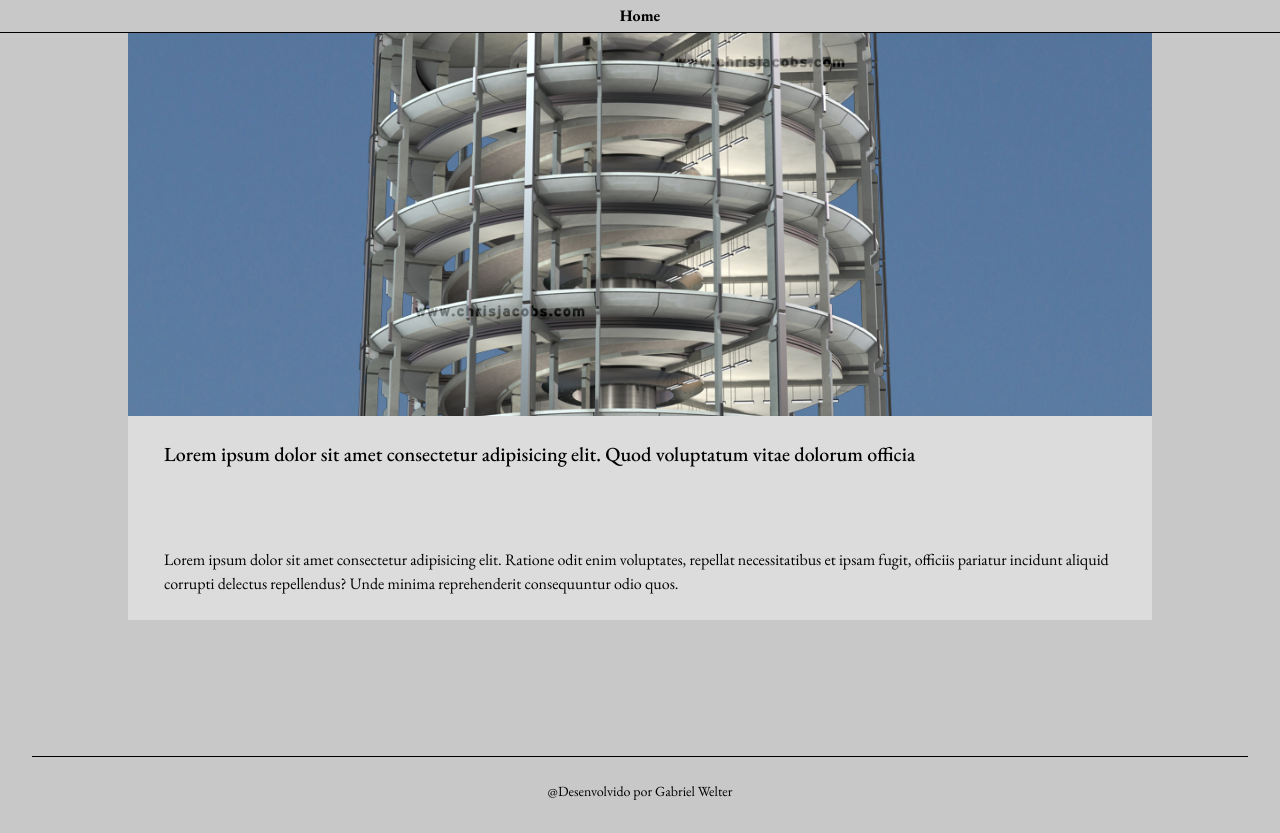
Repository: weltergab/Your-News-2-prismic-cms
Page: /noticiafull
An editor plug-in stored every save of this project. The page is shown before and after the next save, followed by the edit.
The browser window is 1280 px wide. The pictures show the whole page.
The project was rebuilt for these pictures with package versions that can differ from the ones it lists, and the page was loaded fresh each time. The framework's server and built-in components were replaced by stand-ins that run in the browser. Also part of the build but not shown: next.config.js.

Above is the page before, as saved 2023-05-01 22:06:55.

After the next save:
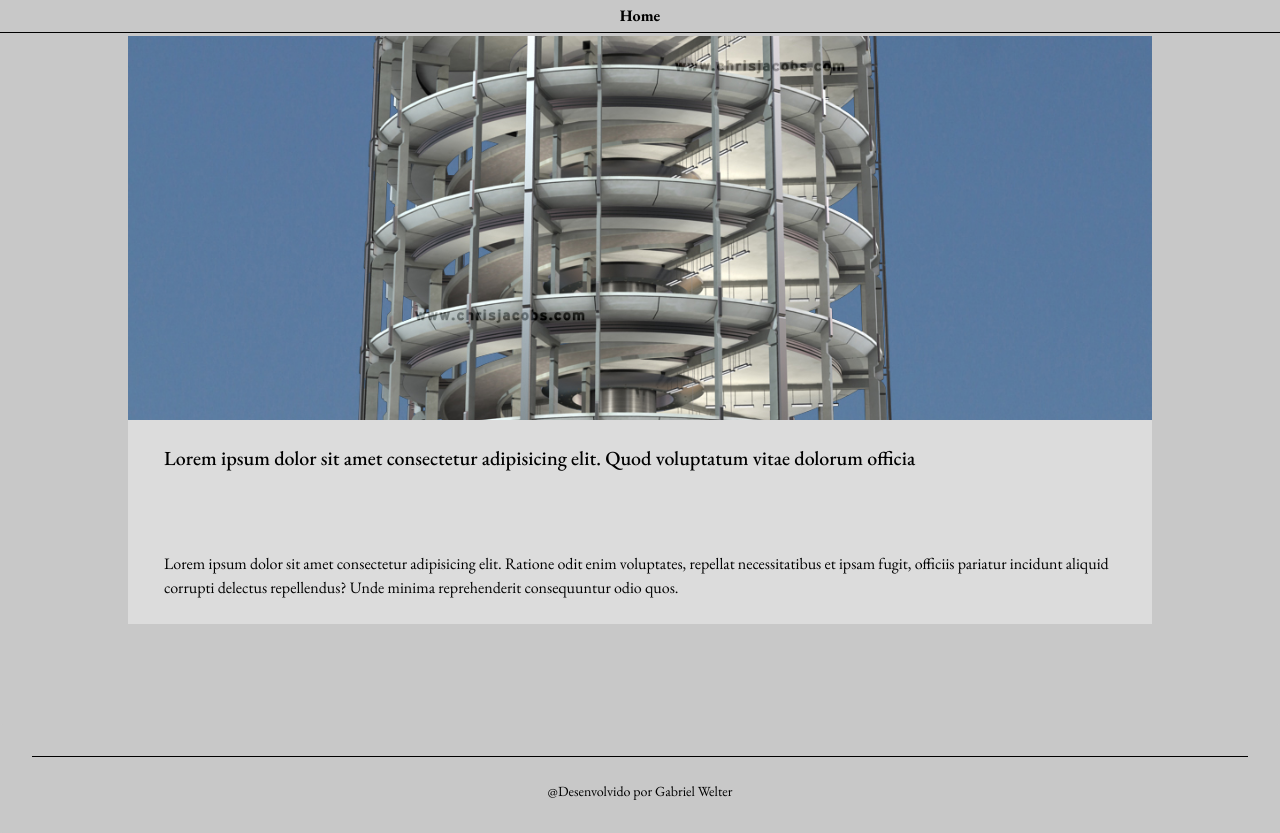
Saved 12 s later.
--- a/src/pages/noticiafull/index.tsx
+++ b/src/pages/noticiafull/index.tsx
@@ -3,7 +3,7 @@
 function NoticiaFull() {
 
   return (
-    <div className='bg-color-bg bg-center bg-cover bg-no-repeat mb-1 min-h-screen items-center flex flex-col'>
+    <div className='bg-color-bg bg-center bg-cover bg-no-repeat mt-1 min-h-screen items-center flex flex-col'>
 
       <h1>Noticia Full</h1>
       <div className="bg-color-bg2 items-center flex flex-col w-full max-w-5xl">
